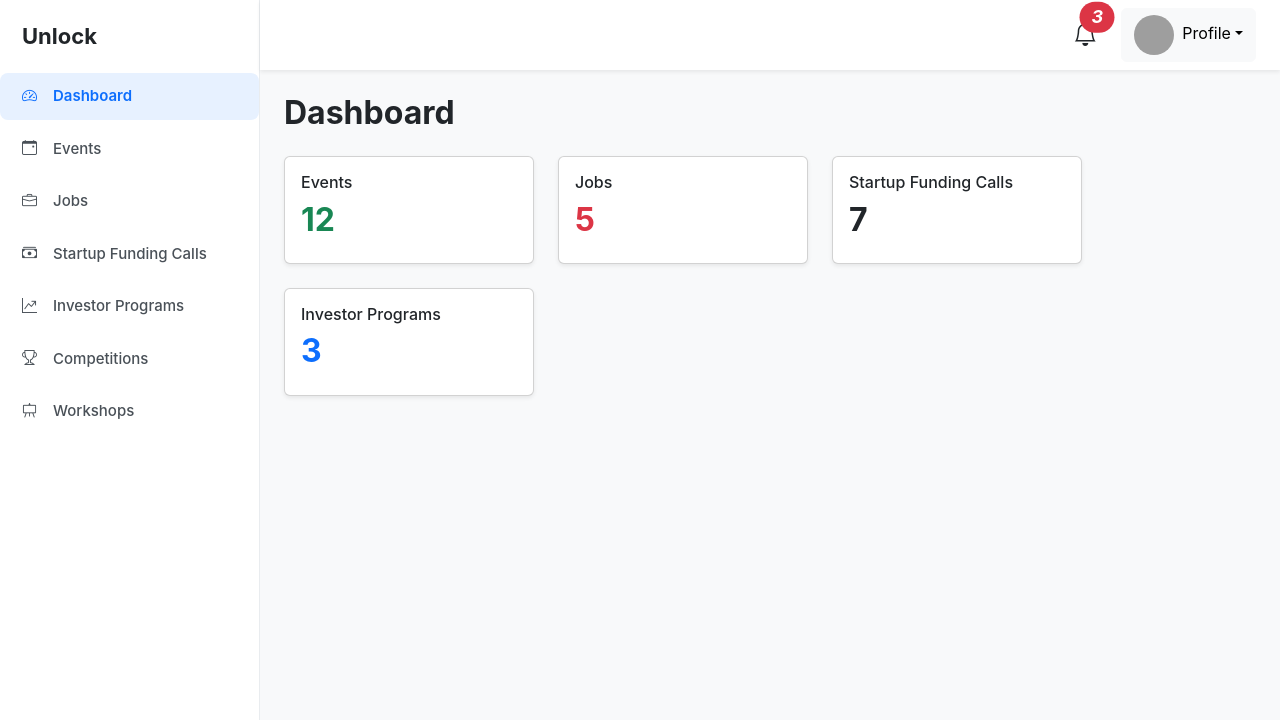
Repository: avmaurya07/unlock-dashboard
Page: /dashboard/publisher
An editor plug-in stored every save of this project. The page is shown before and after the next save, followed by the edit.
The browser window is 1280 px wide. The pictures show the whole page.
Pictures or frames that could not be fetched are drawn as grey boxes. The project was rebuilt for these pictures with package versions that can differ from the ones it lists, and the page was loaded fresh each time. Also part of the build but not shown: vite.config.js, src/pages/Login.jsx, src/components/DashboardCard.jsx, src/pages/Events.jsx, src/pages/Jobs.jsx, src/pages/FundingCalls.jsx, src/pages/InvestorPrograms.jsx, src/pages/Competitions.jsx and 6 more.

Above is the page before, as saved 2025-12-28 17:15:13.

After the next save:
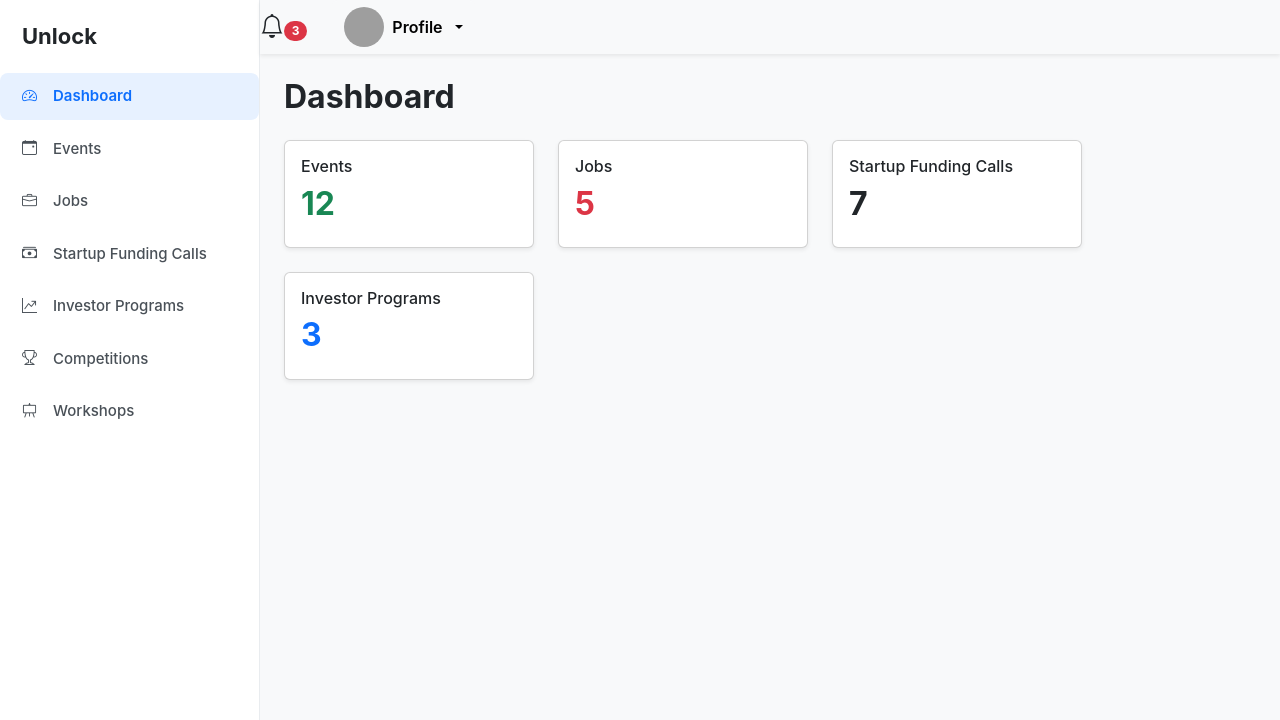
Saved 24 s later.
--- a/src/components/Topbar.jsx
+++ b/src/components/Topbar.jsx
@@ -1,31 +1,26 @@
 export default function Topbar() {
   return (
-    <nav className="navbar navbar-light bg-white shadow-sm px-4 d-flex justify-content-between">
+    <nav className="topbar shadow-sm">
       <div></div>
 
       <div className="d-flex align-items-center gap-4">
 
-        <i className="bi bi-bell fs-4 position-relative">
-          <span className="position-absolute top-0 start-100 translate-middle badge rounded-pill bg-danger">
-            3
-          </span>
-        </i>
+        <div className="notification-wrapper position-relative">
+          <i className="bi bi-bell fs-4"></i>
+          <span className="badge bg-danger rounded-pill notif-badge">3</span>
+        </div>
 
         <div className="dropdown">
-          <button className="btn btn-light dropdown-toggle" data-bs-toggle="dropdown">
-            <img
-              src="https://i.pravatar.cc/40"
-              className="rounded-circle me-2"
-              alt="profile"
-            />
-            Profile
+          <button className="btn btn-light d-flex align-items-center gap-2 dropdown-toggle" data-bs-toggle="dropdown">
+            <img src="https://i.pravatar.cc/40" className="rounded-circle" />
+            <span className="fw-semibold">Profile</span>
           </button>
+
           <ul className="dropdown-menu dropdown-menu-end">
             <li><button className="dropdown-item">Settings</button></li>
             <li><button className="dropdown-item">Logout</button></li>
           </ul>
         </div>
-
       </div>
     </nav>
   );
